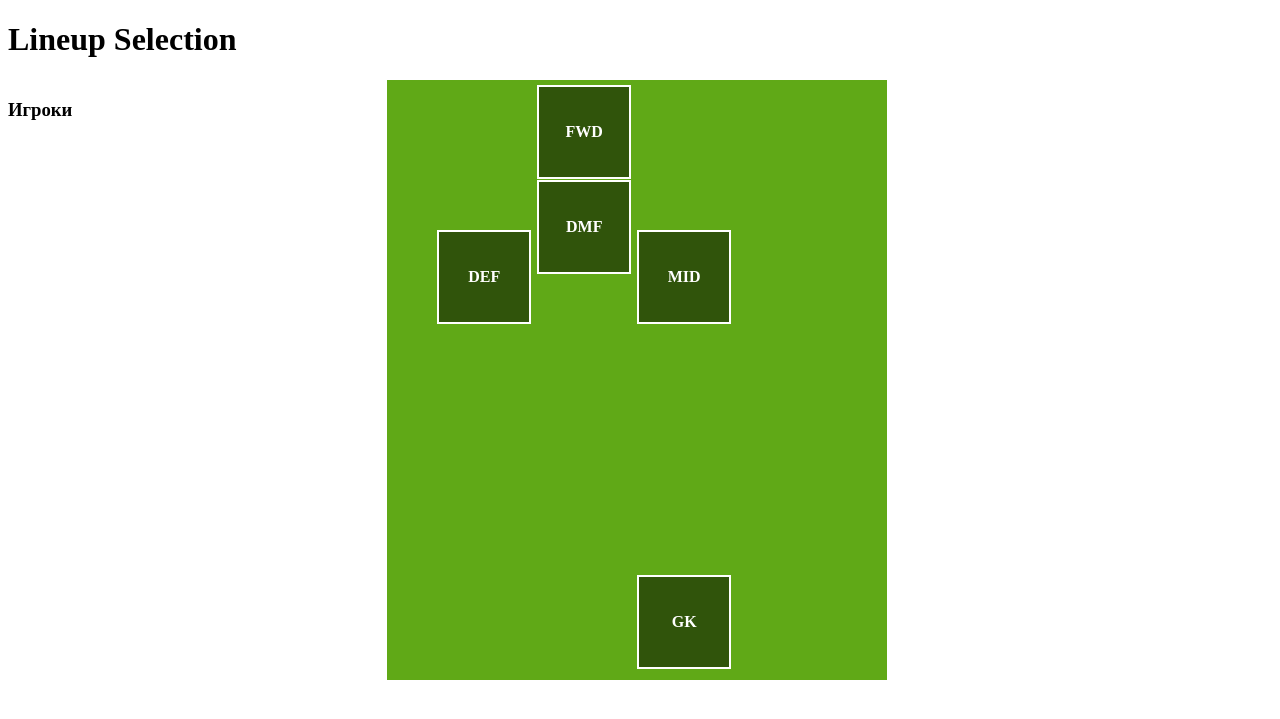
Repository: greatgreek73/soccergame
Page: http://localhost/lineup-selection/
These files come from the project's save history. The page is drawn as it stood at one moment and after the next save; the edit follows.
The browser window is 1280 px wide. The pictures show the whole page.
Some web libraries are served in a nearby version. The page is served by the project's application, run on Django 4.2 (manage.py). A made-up administrator, testuser (Test User, test@example.com), is signed in. Other server files are loaded and not shown. Queries for data that is not in the repository find no rows.

Above is the page before, as saved 2024-04-18 21:08:03.

### players/templates/lineup_selection.html
{% load static %}

<!DOCTYPE html>
<html>
<head>
    <title>Lineup Selection</title>
    <link rel="stylesheet" href="https://code.jquery.com/ui/1.12.1/themes/base/jquery-ui.css">
    <script src="https://code.jquery.com/jquery-3.6.0.min.js"></script>
    <script src="https://code.jquery.com/ui/1.12.1/jquery-ui.min.js"></script>
    <style>
        .content-wrapper {
            display: flex;
            justify-content: flex-start; /* Изменено для устранения лишнего пространства между элементами */
        }
        #player-list {
            width: 30%; /* Задайте ширину списка игроков */
            margin-right: 0px; /* Отступ уменьшен до 0 */
        }
        #field {
            background-color: #60A917;
            width: 500px;
            height: 600px;
            position: relative;
        }
        .position {
            width: 90px;
            height: 90px;
            border: 2px solid #fff;
            position: absolute;
            display: flex;
            align-items: center;
            justify-content: center;
            color: white;
            font-weight: bold;
            background-color: rgba(0, 0, 0, 0.5); /* Небольшая прозрачность */
        }
    </style>
    <script>
        var lineup = []; // Инициализация массива состава на уровне глобальной переменной

        function loadInitialLineup() {
            $.ajax({
                url: '/get-lineup/',
                type: 'GET',
                success: function(response) {
                    lineup = response.lineup;
                    lineup.forEach(function(player) {
                        var playerElement = $('[data-player-id="' + player.player_id + '"]');
                        var positionElement = $('.position[data-position="' + player.position + '"]');
                        var playerClone = playerElement.clone().addClass('positioned-player').removeAttr('style');
                        positionElement.empty().append(playerClone);
                        playerElement.remove();
                        updateDraggable();
                    });
                },
                error: function(xhr, status, error) {
                    console.error('Error loading the lineup: ' + error);
                }
            });
        }

        function updateDraggable() {
            $('.positioned-player').draggable({
                revert: 'invalid',
                cursor: 'move',
                helper: 'clone',
                zIndex: 100
            });
        }

        $(document).ready(function() {
            loadInitialLineup();
            $('.player').draggable({
                revert: 'invalid',
                cursor: 'move',
                helper: 'clone',
                zIndex: 100
            });

            $('.position').droppable({
                accept: function(draggable) {
                    return true; // Теперь любой игрок может быть перетащен в любой слот
                },
                drop: function(event, ui) {
                    console.log("Игрок помещен в слот");
                    var droppedPlayer = ui.draggable;
                    var droppedPlayerId = droppedPlayer.data('player-id');
                    var position = $(this).data('position');  // Получаем позицию слота

                    // Удаление предыдущего игрока из этого слота, если он занят
                    if ($(this).find('.player').length) {
                        var positionedPlayerId = $(this).find('.player').data('player-id');
                        lineup = lineup.filter(item => item.player_id !== positionedPlayerId); // Удаление из массива
                    }

                    // Добавление нового игрока в массив lineup
                    lineup.push({player_id: droppedPlayerId, position: position});

                    // Клонирование и обновление DOM
                    var playerClone = droppedPlayer.clone().removeAttr('style').removeClass('ui-draggable').addClass('positioned-player');
                    $(this).empty().append(playerClone);
                    playerClone.draggable({
                        revert: 'invalid',
                        cursor: 'move',
                        helper: 'clone',
                        zIndex: 100
                    });

                    droppedPlayer.remove();
                    saveLineupAutomatically();  // Сохранение состава
                }
            });

            $('#player-list ul').droppable({
                accept: '.positioned-player',
                drop: function(event, ui) {
                    var droppedPlayer = ui.draggable;
                    var playerId = droppedPlayer.data('player-id');
                    lineup = lineup.filter(item => item.player_id !== playerId); // Update lineup
                    droppedPlayer.remove();
                    $(this).append(droppedPlayer);
                    droppedPlayer.draggable({
                        revert: 'invalid',
                        cursor: 'move',
                        helper: 'clone',
                        zIndex: 100
                    });
                    saveLineupAutomatically();
                }
            });

            function saveLineupAutomatically() {
                // Нет необходимости очищать массив, так как он уже глобальный и обновляется в других функциях
                $.ajax({
                    url: '/lineup/save/',
                    type: 'POST',
                    data: JSON.stringify({lineup: lineup}),
                    contentType: 'application/json',
                    success: function(response) {
                        console.log('Состав успешно сохранен автоматически');
                    },
                    error: function(xhr, status, error) {
                        console.error('Ошибка при автоматическом сохранении состава: ' + error);
                    }
                });
            }

            {% for position, player_id in selected_players.items %}
                var player = $('.player[data-player-id="{{ player_id }}"]');
                var playerClone = player.clone().removeAttr('style').removeClass('ui-draggable').addClass('positioned-player');
                playerClone.uniqueId();
                $('.position[data-position="{{ position }}"]').empty().append(playerClone);
                player.remove();

                playerClone.draggable({
                    revert: 'invalid',
                    cursor: 'move',
                    helper: 'clone',
                    zIndex: 100
                });
            {% endfor %}
        });
    </script>
</head>
<body>
    <h1>Lineup Selection</h1>
    <div class="content-wrapper"> <!-- Добавлен новый контейнер -->
        <div id="player-list">
            <h3>Игроки</h3>
            <ul>
                {% for player in players %}
                    <li class="player" data-player-id="{{ player.id }}" data-player-position="{{ player.position }}">
                        {{ player.last_name }} ({{ player.position }})
                    </li>
                {% endfor %}
            </ul>
        </div>

        <div id="field">
            <div class="position" data-position="GK" style="top: 495px; left: 250px;">GK</div>
            <div class="position" data-position="DEF" style="top: 150px; left: 50px;">DEF</div>
            <div class="position" data-position="MID" style="top: 150px; left: 250px;">MID</div>
            <div class="position" data-position="FWD" style="top: 5px; left: 150px;">FWD</div>
            <div class="position" data-position="DMF" style="top: 100px; left: 150px;">DMF</div>

        </div>
    </div>
</body>
</html>

### players/views.py
import scipy.stats as stats
from django.http import HttpResponseRedirect, JsonResponse
from django.shortcuts import render, redirect, get_object_or_404
from .models import Player, Club, Lineup, LineupPlayer
from faker import Faker
from django.contrib import messages
from .forms import UserRegisterForm, CreateClubForm, GeneratePlayerForm
from django.contrib.auth import authenticate, login
from django.contrib.auth.decorators import login_required
from match_engine.engine import simulate_match
from utils.player_stats_generator import PlayerStatsGenerator
from utils.config import TOTAL_POINTS, MAIN_STATS_RATIO, KEY_STAT_MULTIPLIERS, MAX_STAT_VALUE
import json
from django.views.decorators.csrf import csrf_exempt
import logging

# Настройка логгера
logger = logging.getLogger('newsoccergame')

fake = Faker()

STATS = [
    'strength', 'stamina', 'pace', 'marking', 'tackling', 'work_rate',
    'positioning', 'passing', 'crossing', 'dribbling', 'ball_control',
    'heading', 'finishing', 'long_range', 'vision', 'handling', 'reflexes',
    'aerial', 'jumping', 'command', 'throwing', 'kicking'
]

def index(request):
    return render(request, 'index.html')

def generate_player(request):
    if request.method == 'POST':
        form = GeneratePlayerForm(request.POST)
        if form.is_valid():
            position = form.cleaned_data['position']
            Player.objects.create(
                first_name=fake.first_name_male(),
                last_name=fake.last_name_male(),
                age=17,
                position=position
            )
            return HttpResponseRedirect('/generate/')
    else:
        form = GeneratePlayerForm()
    return render(request, 'generate_player.html', {'form': form})

def register(request):
    if request.method == 'POST':
        form = UserRegisterForm(request.POST)
        if form.is_valid():
            form.save()
            username = form.cleaned_data.get('username')
            messages.success(request, f'Your account has been created! You are now able to log in')
            return redirect('login')
    else:
        form = UserRegisterForm()
    return render(request, 'register.html', {'form': form})

def user_login(request):
    if request.method == 'POST':
        username = request.POST['username']
        password = request.POST['password']
        user = authenticate(request, username=username, password=password)
        if user is not None:
            login(request, user)
            try:
                club = Club.objects.get(user=user)
                return redirect('club_detail', club_id=club.id)
            except Club.DoesNotExist:
                return redirect('create_club')
        else:
            return render(request, 'login.html', {'error': 'Invalid credentials'})
    return render(request, 'login.html')

@login_required
def home(request):
    try:
        club = Club.objects.get(user=request.user)
        return redirect('club_detail', club_id=club.id)
    except Club.DoesNotExist:
        return redirect('create_club')

def club_detail(request, club_id):
    club = get_object_or_404(Club, id=club_id)
    context = {
        'club': club,
        'form': GeneratePlayerForm()
    }
    return render(request, 'club_detail.html', context)

def create_club(request):
    if request.method == 'POST':
        form = CreateClubForm(request.POST)
        if form.is_valid():
            existing_club = Club.objects.filter(user=request.user).first()
            if existing_club:
                return redirect('club_detail', club_id=existing_club.id)

            new_club = Club.objects.create(
                user=request.user,
                name=form.cleaned_data['name'],
                country=form.cleaned_data['country']
            )
            return redirect('club_detail', club_id=new_club.id)
    else:
        form = CreateClubForm()
    return render(request, 'create_club.html', {'form': form})

def generate_player_for_club(request, club_id):
    try:
        club = Club.objects.get(id=club_id)
    except Club.DoesNotExist:
        return redirect('home')

    if club.user != request.user:
        return redirect('home')

    if request.method == 'POST':
        form = GeneratePlayerForm(request.POST)
        if form.is_valid():
            position = form.cleaned_data['position']
            player_class = int(form.cleaned_data['player_class'])

            config = {
                'stats': STATS,
                'total_points': TOTAL_POINTS,
                'main_stats_ratio': MAIN_STATS_RATIO,
                'key_stat_multipliers': KEY_STAT_MULTIPLIERS,
                'max_stat_value': MAX_STAT_VALUE
            }
            generator = PlayerStatsGenerator(config)
            player_stats = generator.generate_stats(position, player_class)

            country_to_locale = {
                'USA': 'en_US',
                'Russia': 'ru_RU',
                'China': 'zh_CN',
                'Belgium': 'nl_BE',
                'New Zealand': 'en_NZ',
                'Austria': 'de_AT',
                'Brazil': 'pt_BR',
                'Greece': 'el_GR',
                'Argentina': 'es_AR',
                'Italy': 'it_IT',
                'Germany': 'de_DE',
            }

            print(f"Club country: {club.country}")
            locale = country_to_locale.get(club.country, 'en_US')
            print(f"Using locale: {locale}")

            fake = Faker(locale)

            while True:
                first_name = fake.first_name_male()
                last_name = fake.last_name_male()

                if not Player.objects.filter(first_name=first_name, last_name=last_name).exists():
                    break

            player = Player.objects.create(
                first_name=first_name,
                last_name=last_name,
                age=17,
                club=club,
                nationality=club.country,
                position=position,
                player_class=player_class,
                **player_stats
            )

            return redirect('club_detail', club_id=club.id)
    else:
        form = GeneratePlayerForm()

    context = {'form': form}
    return render(request, 'generate_player.html', context)

def player_detail(request, player_id):
    player = get_object_or_404(Player, id=player_id)
    context = {
        'player': player
    }
    return render(request, 'player_detail.html', context)

def start_match(request, club_id):
    club1 = get_object_or_404(Club, id=club_id)
    opponent_club_id = request.GET.get('opponent_club_id')
    if opponent_club_id:
        try:
            club2 = get_object_or_404(Club, id=opponent_club_id)
        except Club.DoesNotExist:
            return render(request, 'error.html', {'error': 'Invalid opponent club'})

        lineup1 = Lineup.objects.filter(user=club1.user).last()
        lineup2 = Lineup.objects.filter(user=club2.user).last()

        if lineup1:
            players1 = [lp.player for lp in LineupPlayer.objects.filter(lineup=lineup1)]
        else:
            players1 = Player.objects.filter(club=club1)

        if lineup2:
            players2 = [lp.player for lp in LineupPlayer.objects.filter(lineup=lineup2)]
        else:
            players2 = Player.objects.filter(club=club2)

        winner, loser = simulate_match(players1, players2, club1, club2)

        winner_players = winner.players
        loser_players = loser.players

        context = {
            'club1': club1,
            'club2': club2,
            'winner_club': winner.club,
            'loser_club': loser.club,
            'winner_players': winner_players,
            'loser_players': loser_players,
        }

        return render(request, 'match.html', context)
    else:
        other_clubs = Club.objects.exclude(id=club_id)
        context = {
            'club': club1,
            'other_clubs': other_clubs,
        }
        return render(request, 'select_opponent.html', context)

def update_stadium(request, pk):
    club = get_object_or_404(Club, pk=pk)
    if request.method == 'POST':
        data = json.loads(request.body)
        club.stadium_name = data['stadium_name']
        club.save()
        return JsonResponse({'status': 'ok'})

def increase_capacity(request, pk):
    club = get_object_or_404(Club, pk=pk)
    if request.method == 'POST':
        club.stadium_capacity += 1000
        club.save()
        return JsonResponse({'stadium_capacity': club.stadium_capacity})

@login_required
def lineup_selection(request):
    players = Player.objects.filter(club__user=request.user)
    lineup = Lineup.objects.filter(user=request.user).last()
    if lineup:
        lineup_players = LineupPlayer.objects.filter(lineup=lineup)
        selected_players = {lp.position: lp.player.id for lp in lineup_players}
    else:
        selected_players = {}
    return render(request, 'lineup_selection.html', {'players': players, 'selected_players': selected_players})

@login_required
@csrf_exempt
def save_lineup(request):
    logger.debug("save_lineup called")  # Логирование вызова функции
    if request.method == 'POST':
        try:
            data = json.loads(request.body)
            logger.debug(f"Received lineup data: {data}")  # Логирование полученных данных

            lineup_data = data.get('lineup', [])
            user = request.user
            lineup = Lineup.objects.filter(user=user).last()

            if not lineup:
                lineup = Lineup.objects.create(user=user)

            # Удалить всех текущих игроков из лайнапа перед добавлением новых
            LineupPlayer.objects.filter(lineup=lineup).delete()

            # Добавить игроков из полученных данных
            for item in lineup_data:
                player_id = item.get('player_id')
                position = item.get('position')
                player = Player.objects.get(id=player_id)
                LineupPlayer.objects.create(lineup=lineup, player=player, position=position)

            logger.debug("Lineup saved successfully")  # Логирование успешного сохранения
            return JsonResponse({'status': 'success', 'message': 'Состав успешно сохранен'})
        except Exception as e:
            logger.error(f"Error saving lineup: {e}", exc_info=True)  # Логирование ошибок
            return JsonResponse({'error': 'Internal server error'}, status=500)
    else:
        logger.warning("Incorrect request method")  # Логирование некорректного метода запроса
        return JsonResponse({'status': 'error', 'message': 'Неверный метод запроса'}, status=400)

def get_lineup(request):
    lineup = LineupPlayer.objects.filter(lineup__user=request.user)  # Убедитесь, что данные фильтруются по текущему пользователю
    data = [{'player_id': player.player.id, 'position': player.position} for player in lineup]
    return JsonResponse({'lineup': data})

### newsoccergame/urls.py
from django.contrib import admin
from django.urls import path, include
from players import views as player_views
from django.contrib.auth import views as auth_views
from django.contrib.auth.views import LogoutView
from players.views import index


urlpatterns = [
    path('', index, name='index'),
    path('admin/', admin.site.urls),
    path('', include('players.urls')),
    path('generate/', player_views.generate_player, name='generate_player'),
    path('register/', player_views.register, name='register'),
    path('login/', auth_views.LoginView.as_view(template_name='login.html'), name='login'),
    path('logout/', LogoutView.as_view(next_page='index'), name='logout'),
    path('', player_views.home, name='home'),

]

### players/urls.py
from django.urls import path
from . import views
from players.views import index
from .views import lineup_selection

urlpatterns = [
    # ... другие маршруты ...
    path('generate/', views.generate_player, name='generate_player'),
    path('register/', views.register, name='register'),
    path('login/', views.user_login, name='login'),
    path('', views.home, name='home'),
    path('club/<int:club_id>/', views.club_detail, name='club_detail'),
    path('create_club/', views.create_club, name='create_club'),
    path('club/<int:club_id>/generate_player/', views.generate_player_for_club, name='generate_player_for_club'),
    path('player/<int:player_id>/', views.player_detail, name='player_detail'),
    path('', index, name='index'),
    path('match/<int:club1_id>/<int:club2_id>/', views.start_match, name='start_match'),
    path('match/<int:club_id>/', views.start_match, name='start_match'),
    path('clubs/<int:pk>/update_stadium/', views.update_stadium, name='update_stadium'),
    path('clubs/<int:pk>/increase_capacity/', views.increase_capacity, name='increase_capacity'),
    path('lineup-selection/', views.lineup_selection, name='lineup_selection'),
    path('lineup/save/', views.save_lineup, name='save_lineup'),
    path('get-lineup/', views.get_lineup, name='get_lineup'),
]

After the next save:
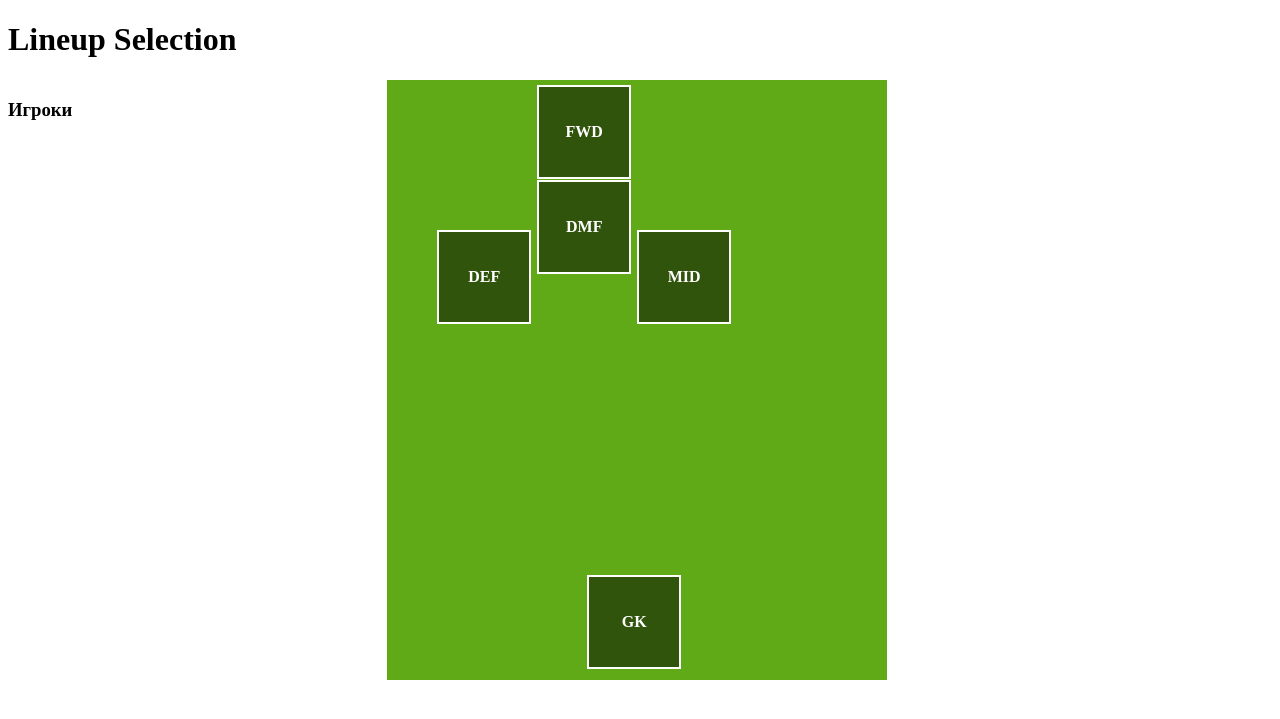
Saved 13 s later.
--- a/players/templates/lineup_selection.html
+++ b/players/templates/lineup_selection.html
@@ -177,7 +177,7 @@
         </div>
 
         <div id="field">
-            <div class="position" data-position="GK" style="top: 495px; left: 250px;">GK</div>
+            <div class="position" data-position="GK" style="top: 495px; left: 200px;">GK</div>
             <div class="position" data-position="DEF" style="top: 150px; left: 50px;">DEF</div>
             <div class="position" data-position="MID" style="top: 150px; left: 250px;">MID</div>
             <div class="position" data-position="FWD" style="top: 5px; left: 150px;">FWD</div>
